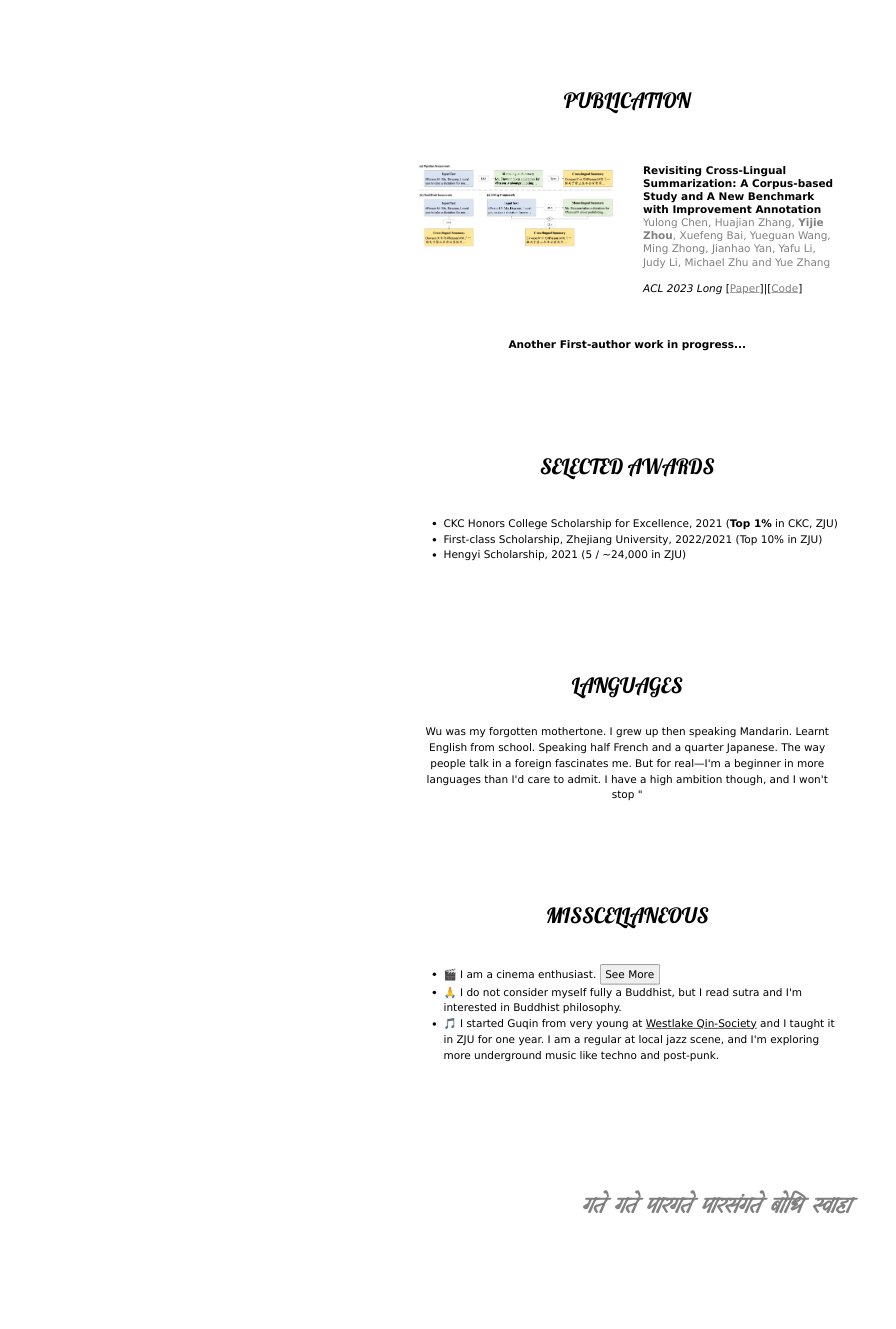
Repository: Ej-zhou/ej-zhou.github.io
Page: index.html
The author's editor kept a copy of each file at every save. The page is drawn from the files as they stood at one save, then again after the next save.
The browser window is 1280 px wide. The pictures show the part of the page from y = 2758 to 4678 px (the page is 4656 px tall before and 4678 px after), at 70% of full size.
Some web fonts or font styles are not loaded; a fallback is used.

Above is the page before, as saved 2023-08-26 16:33:11.

### index.html
<!DOCTYPE html>
<html>
 <head>
  <script async="" src="https://www.googletagmanager.com/gtag/js?id=G-2YDZTJCJC2">
  </script>
  <script>
   window.dataLayer = window.dataLayer || [];
  function gtag(){dataLayer.push(arguments);}
  gtag('js', new Date());

  gtag('config', 'G-2YDZTJCJC2');
  </script>
  <title>
   Zhou, Ej
  </title>
  <meta charset="utf-8"/>
  <meta content="width=device-width, initial-scale=1" name="viewport"/>
  <link href="https://www.w3schools.com/w3css/4/w3.css" rel="stylesheet"/>
  <link href="https://fonts.googleapis.com/css?family=Lobster" rel="stylesheet"/>
  <link href="https://cdnjs.cloudflare.com/ajax/libs/font-awesome/4.7.0/css/font-awesome.min.css" rel="stylesheet"/>
  <link href="https://fonts.googleapis.com/css2?family=Noto+Sans+SC&amp;display=swap" rel="stylesheet"/>
  <link href="gstyles.css" rel="stylesheet"/>

 </head>
 <body>
  <div class="sidebar">

    <div class="img-container-change">
      <img src="pics/photo.jpeg" alt="Image 1">
  </div>



   <!-- <div class="horizontal-bar-left">
    <img alt="here should be a photo" height="200" src="pics/photo.jpeg" width="200"/>
    <img alt="here should be a photo" height="200" src="pics/buddha.png" width="200"/>
    <img alt="here should be a photo" height="200" src="pics/sh.png" width="200"/>
    <img alt="here should be a photo" height="200" src="pics/scaoe.png" width="200"/>
    <img alt="here should be a photo" height="200" src="pics/photo.jpeg" width="200"/>
    <img alt="here should be a photo" height="200" src="pics/buddha.png" width="200"/>
    <img alt="here should be a photo" height="200" src="pics/sh.png" width="200"/>
    <img alt="here should be a photo" height="200" src="pics/scaoe.png" width="200"/>
   </div>
   <div class="horizontal-bar-right">
    <img alt="here should be a photo" height="200" src="pics/yellow.png" width="200"/>
    <img alt="here should be a photo" height="200" src="pics/red.png" width="200"/>
    <img alt="here should be a photo" height="200" src="pics/voila.png" width="200"/>
    <img alt="here should be a photo" height="200" src="pics/girl.png" width="200"/>
    <img alt="here should be a photo" height="200" src="pics/yellow.png" width="200"/>
    <img alt="here should be a photo" height="200" src="pics/red.png" width="200"/>
    <img alt="here should be a photo" height="200" src="pics/voila.png" width="200"/>
    <img alt="here should be a photo" height="200" src="pics/girl.png" width="200"/>
   </div>
   <div class="horizontal-bar-left">
    <img alt="here should be a photo" height="200" src="pics/yaddha.png" width="200"/>
    <img alt="here should be a photo" height="200" src="pics/bureal.png" width="200"/>
    <img alt="here should be a photo" height="200" src="pics/gang.png" width="200"/>
    <img alt="here should be a photo" height="200" src="pics/scaoe.png" width="200"/>
    <img alt="here should be a photo" height="200" src="pics/yaddha.png" width="200"/>
    <img alt="here should be a photo" height="200" src="pics/bureal.png" width="200"/>
    <img alt="here should be a photo" height="200" src="pics/gang.png" width="200"/>
    <img alt="here should be a photo" height="200" src="pics/scaoe.png" width="200"/>

   </div>
   <div class="horizontal-bar-right">
    <img alt="here should be a photo" height="200" src="pics/sh.png" width="200"/>
    <img alt="here should be a photo" height="200" src="pics/scaoe.png" width="200"/>
    <img alt="here should be a photo" height="200" src="pics/photo.jpeg" width="200"/>
    <img alt="here should be a photo" height="200" src="pics/buddha.png" width="200"/>
    <img alt="here should be a photo" height="200" src="pics/sh.png" width="200"/>
    <img alt="here should be a photo" height="200" src="pics/scaoe.png" width="200"/>
    <img alt="here should be a photo" height="200" src="pics/photo.jpeg" width="200"/>
    <img alt="here should be a photo" height="200" src="pics/buddha.png" width="200"/>
   </div>
   <div class="horizontal-bar-left">
    <img alt="here should be a photo" height="200" src="pics/photo.jpeg" width="200"/>
    <img alt="here should be a photo" height="200" src="pics/buddha.png" width="200"/>
    <img alt="here should be a photo" height="200" src="pics/sh.png" width="200"/>
    <img alt="here should be a photo" height="200" src="pics/scaoe.png" width="200"/>
    <img alt="here should be a photo" height="200" src="pics/photo.jpeg" width="200"/>
    <img alt="here should be a photo" height="200" src="pics/buddha.png" width="200"/>
    <img alt="here should be a photo" height="200" src="pics/sh.png" width="200"/>
    <img alt="here should be a photo" height="200" src="pics/scaoe.png" width="200"/> -->
   </div>
  </div>
  <div class="w3-main w3-padding-large" style="margin-left:42%; margin-right: 2%;">
   <span class="w3-button w3-top w3-white w3-xxlarge w3-text-grey w3-hover-text-black" onclick="openNav()" style="width:auto;right:0;">
    <i class="fa fa-bars">
    </i>
   </span>
   <header class="w3-container w3-center" id="home" style="padding:128px 16px">
    <h1 class="w3-jumbo">
     <b>
      <span class="chinese">
       周逸杰
      </span>
     </b>
    </h1>
    <h1 class="w3-jumbo">
     <b>
      ZHOU, EJ
     </b>
     <span class="question-mark">
      ?
     </span>
     <span class="tooltip">
      My given name is
      <i>
       Yijie
      </i>
      , and my family name
      <i>
       Zhou
      </i>
      .
      <br/>
      <i>
       Ej
      </i>
      is my preferred name, and our family name comes first.
     </span>
    </h1>
    <p>
     <!-- Where shall I begin... -->
     <div class="row justify-content-center">
      <!-- Email -->
      <span onclick="window.open('mailto:e.j.zhou@zju.edu.cn')" style="cursor: pointer">
        <i class="fa fa-envelope-o" style="font-size:24px;color:grey"></i>
      </span>
      <span style="padding-left: 10px"></span>

      <!-- Twitter -->
      <!-- <span onclick="window.open('https://twitter.com/ej_2876')" style="cursor: pointer">
        <i class="fa fa-twitter" style="font-size:24px;color:grey"></i>
      </span>
      <span style="padding-left: 20px"></span> -->

      <!-- GitHub -->
      <span onclick="window.open('https://github.com/cyber-e-j')" style="cursor: pointer">
        <i class="fa fa-github" style="font-size:24px;color:grey"></i>
      </span>
      <span style="padding-left: 10px"></span>

      <!-- LinkedIn -->
      <span onclick="window.open('https://www.linkedin.com/in/ej-zhou-1600a7264/')" style="cursor: pointer">
        <i class="fa fa-linkedin" style="font-size:24px;color:grey"></i>
      </span>
      <span style="padding-left: 10px"></span>

      <span onclick="window.open('https://scholar.google.com/citations?authuser=1&amp;user=e8yGb7IAAAAJ')" style="cursor: pointer">
        <i class ="fa fa-graduation-cap" style="font-size:24px;color:grey"></i>
      </span>
      <span style="padding-left: 10px"></span>


      <!-- CV -->
      <span onclick="window.open('./CV.pdf')" style="cursor: pointer">
        <i class ="fa fa-file-text-o" style="font-size:24px;color:grey"></i>
      </span>

    </p>
    <div class="w3-content w3-justify w3-text-grey w3-padding-32" id="about">
     <h2>
      About
     </h2>
     <p>
      Hello! I am a senior undergraduate student at Zhejiang University majoring in Computer Science, and also an honored member of the <a href="http://ckc.zju.edu.cn/ckcen/">Chu Kochen Honors College</a>. During my undergraduate studies, I am very much grateful to be advised by <a href="https://frcchang.github.io">Prof. Yue Zhang</a> during my research intern at Westlake University, and I spent one semester as an exchange student in Cornell University, where I worked as a research assistant in <a href="https://twitter.com/CommCollabTech">CommCollabTech</a>.

      Currently I am doing a research internship in Yale University under the supervision of <a href="https://armancohan.com">Prof. Arman Cohan</a>.

      <br/><br/>
      I am broadly interested in artificial intelligence, linguistics and naturally natural language processing. My previous research experience includes cross-lingual summarization, multi-document summarization, and analysis of LLMs. I am open to explore everything related to AI especially in this time of LLMs. As a pseudo-polyglot, my off time is often spent on learning languages.

      <br/><br/>

      I will be studying in Oxford for my senior year. I am looking forward to meeting new friends and exploring new research opportunities there.
      <br/><br/>

     </p>

     <h3 class="w3-padding-16">
      <br/>
      <br/>
      <br/>
      <br/>
      <h1 class="w3-jumbo">
       <b>
        <div class="chinese-container">
          <span class="chinese">
              须菩提！于意云何？
          </span>
      </div>

      <div class="chinese-container">
        <span class="chinese">
          可以身相见如来不？
        </span>
    </div>
       </b>
      </h1>
      <p>
      </p>
     </h3>
    </div>
    <div class="w3-container w3-padding-64 w3-center">
     <h2>
      EDUCATION
     </h2>
     <table align="center" border="0" cellpadding="20" class="university-table">
      <tbody>
       <tr class="university-row">
        <td>
         <img class="university-logo" src="logo/6d8d432f-56ac-47eb-b22d-a23b103aed01.png"/>
        </td>
        <td>
         <b>
          Zhejiang University
         </b>
         <br/>
         2020 - 2024, Hangzhou, China
         <br/>
         <br/>
         <i>
          B.Eng.(Honours) in Computer Science
         </i>
         <br/>
         Grade: 3.99 / 4
        </td>
       </tr>
       <tr class="university-row">
        <td>
         <img alt="Cornell University Seal" class="university-logo" src="logo/cornell_seal_simple_web/cornell_seal_simple_web_b31b1b.svg">
         </img>
        </td>
        <td>
         <b>
          Cornell University
         </b>
         <br/>
         Jan 2023 - Jun 2023, Ithaca, NY, U.S.A
         <br/>
         <br/>
         <i>
          Exchange Student
         </i>
         <br/>
         Grade: 4.082 / 4.3
         <br/>
        </td>
       </tr>
      </tbody>
     </table>
    </div>

    <div class="w3-container w3-padding-64 w3-center">
      <h2>
       EXPERIENCE
      </h2>
      <table align="center" border="0" cellpadding="20" class="university-table">
       <tbody>
        <tr class="university-row">
         <td>
          <img class="university-logo" src="logo/yale-icons/touch-icon-228.png"/>
         </td>
         <td>
          <b>
           Yale University
          </b>
          <br/>
          Apr 2023 - Oct 2023, New Haven, CT, U.S.A
          <br/>
          <br/>
          <i>
           Research Intern
          </i>
          <br/>
          Yale NLP
         </td>
        </tr>
        <tr class="university-row">
         <td>
          <img alt="Cornell University Seal" class="university-logo" src="logo/cornell_seal_simple_web/cornell_seal_simple_web_b31b1b.svg">
          </img>
         </td>
         <td>
          <b>
           Cornell University
          </b>
          <br/>

          Jan 2023 - Jun 2023, Ithaca, NY, U.S.A
          <br/>
          <br/>
          <i>
           Research Assistant,
          </i>
          <a href="https://twitter.com/CommCollabTech">CommCollabTech Lab</a>
          <br/>

          <i>
            Member,
          </i>
          <a href="https://cornell.campusgroups.com/lep/home/">Cornell Language Expansion Program</a>
         </td>
        </tr>
        <tr class="university-row">
         <td>
          <img class="university-logo" src="https://en.westlake.edu.cn/about/Resources/202101/W020210111665247201170.png"/>
         </td>
         <td>
          <b>
           Westlake University
          </b>
          <br/>
          Sept 2022 - Jan 2023, Hangzhou, China
          <br/>
          <br/>
          <i>
           Research Intern
          </i>
          <br/>
          Westlake NLP
         </td>
        </tr>
        <tr class="university-row">
          <td>
           <img class="university-logo" src="logo/6d8d432f-56ac-47eb-b22d-a23b103aed01.png"/>
          </td>
          <td>
           <b>
            Zhejiang University
           </b>
           <br/>
           2020 - 2024, Hangzhou, China
           <br/>
           <br/>
           <br/>
          </td>
         </tr>
       </tbody>
      </table>
     </div>
    <div class="w3-container w3-padding-64 w3-center">
     <h2>
      PUBLICATION
     </h2>
     <br/>
     <table width="100%">
      <!--TIVEE-->

      <!-- Empty row for spacing -->
      <tr>
        <td height="30"></td>
      </tr>
      <tr>
        <td width="30%" valign="top" style="text-align: left; padding-right: 20px;">
          <img src="./pics/pipeline.png" width="280" alt="LGM" style="border-style: none; vertical-align: top;">
        </td>
        <td width="70%" valign="top" style="text-align: left; padding-left: 20px;">
          <p style="margin-top: 0px; margin-bottom: 3px; line-height: 1.25;">
            <b>Revisiting Cross-Lingual Summarization: A Corpus-based Study and A New Benchmark with Improvement Annotation</b>
            <br>
            <a style="color:gray">
            Yulong Chen, Huajian Zhang, <b>Yijie Zhou</b>, Xuefeng Bai, Yueguan Wang, Ming Zhong, Jianhao Yan, Yafu Li, Judy Li, Michael Zhu and Yue Zhang<br></a>
            <br/>
            <i>ACL 2023 Long </i>
            [<a href="https://arxiv.org/abs/2307.04018" style="color: gray;">Paper</a>]|[<a href="https://github.com/cylnlp/ConvSumX" style="color: gray;">Code</a>]&nbsp;
          </p>
        </td>
      </tr>
      <tr>
        <td height="50"></td>
      </tr>

    <!-- <tbody style="margin-top: 100px;"> -->
      <tr>
        <td colspan="2" style="text-align: center;">
          <b>Another First-author work in progress...</b>
        </td>
      </tr>
    <!-- </tbody> -->

    </table>



    </div>


<!--

    <div class="w3-container w3-padding-64 w3-center">
     <h2>
      SELECTED COURSE-WORKS
     </h2>
     <p>
      Parallel Computing and Neural Networks
     </p>
     <p>
      Jul 2021 - Aug 2021
     </p>
     <p>
      Coursework for Integrate Practice for Courses I: Supercomputing; score 97/100
     </p>
     <p>
      Enhanced GEMM performance by over 100x using OpenMP and MPI on a computing cluster.
     </p>
     <p>
      Developed a CNN from scratch using PyTorch for handwriting recognition and object recognition.
     </p>
     <p>
      Mini-SQL GitHub
     </p>
     <p>
      May 2022 - Jun 2022
     </p>
     <p>
      Coursework for Database System; score 98/100
     </p>
     <p>
      Developed a compact single-user SQL engine (DBMS) supporting fundamental database operations and implemented an index-manager for record handling using a custom-designed B+-tree data structure.
     </p>
     <p>
      Socket and Web-server
     </p>
     <p>
      Oct 2022 - Dec 2022
     </p>
     <p>
      Coursework for Computer Network; score 96/100
     </p>
     <p>
      Developed a custom TCP-based communication protocol.
     </p>
     <p>
      Constructed a lightweight web server capable of parsing HTTP protocol and accepting browser access without relying on any pre-built libraries.
     </p>
    </div>

    <div class="w3-container w3-padding-64 w3-center">
     <h2>
      LANGUAGES
     </h2>
     <p>
      Mandarin: Native mastery
     </p>
     <p>
      Wu-Chinese: Native in oral speech
     </p>
     <p>
      English: Proficient, TOEFL 110/120
     </p>
     <p>
      French: Fluent, TFU 84/100
     </p>
     <p>
      <span class="japanese">
       日本語: Intermediate reading-comprehension, basic conversation
      </span>
     </p>
     <p>
      Beginner level in Cantonese and Spanish
     </p>
    </div>

  -->


    <div class="w3-container w3-padding-64 w3-center">

        <h2>SELECTED AWARDS</h2>
        <br/>
        <ul style="text-align: left;">
          <li>CKC Honors College Scholarship for Excellence, 2021 (<b>Top 1%</b> in CKC, ZJU)</li>
          <li>First-class Scholarship, Zhejiang University, 2022/2021 (Top 10% in ZJU)</li>
          <li>Hengyi Scholarship, 2021 (5 / ~24,000 in ZJU)</li>
        </ul>
      </div>


    <div class="w3-container w3-padding-64 w3-center">

      <h2>LANGUAGES</h2>
      <br/>

      Wu was my forgotten mothertone. I grew up then speaking Mandarin. Learnt English from school.
      Speaking half French and a quarter Japanese. The way people talk in a foreign fascinates me.
      But for real—I'm a beginner in more languages than I'd care to admit. I have a high ambition though, and I won't stop "
      <!-- <ul style="text-align: left;">
        <li>CKC Honors College Scholarship for Excellence, 2021 (<b>Top 1%</b> in CKC, ZJU)</li>
        <li>First-class Scholarship, Zhejiang University, 2022/2021 (Top 10% in ZJU)</li>
        <li>Hengyi Scholarship, 2021 (5 / ~24,000 in ZJU)</li>
      </ul> -->
    </div>


      <div class="w3-container w3-padding-64 w3-center">
        <h2>
         MISSCELLANEOUS
        </h2>
        <br/>

        <ul style="text-align: left;">
          <li>🎬 I am a cinema enthusiast.
            <button id="revealButton">See More</button>
            <div id="hiddenContent" style="display: none;">
              <br/>
              <div style="display: flex;">
                <!-- Image -->
                <img id="hiddenImage" src="pics/IMG_4754.JPG" alt="Description" style="height: 200px; padding-left: 25px;">

                <!-- Description -->
                <div style="padding-left: 20px; padding-right: 80px;">
                  <ul style="min-height: 150px; display: flex; flex-direction: column; justify-content: space-between;">
                    <li style="padding-bottom: 15px;"> This May I was in the <a href="https://www.festival-cannes.com">76E FESTIVAL DE CANNES</a>. Really enjoyed <i style="color: grey;">Il sol dell'avvenire</i>, <i style="color: grey;">The Zone of Interest</i> and <i style="color: grey;">青春</i>.</li>
                    <li style="padding-bottom: 15px;"> I had participated in the production of some student films.</li>
                    <li> The most influential movie to me was <i style="color: grey;">Holy Motors</i> by Leos Carax.</li>
                  </ul>
                </div>
              </div>


              <br/>

            </div>
          </li>




          <li>🙏 I do not consider myself fully a Buddhist, but I read sutra and I'm interested in Buddhist philosophy.

          <li>🎵 I started Guqin from very young at <a href="http://www.xihuqinshe.com" target="_blank">Westlake Qin-Society</a>
            and I taught it in ZJU for one year. I am a regular at local jazz scene, and I'm exploring more underground music like techno and post-punk.
        </ul>
       </div>


    <br/>
    <br/>
    <br/>
    <br/>
    <b>
     <span class="sanskrit">
      गते गते पारगते पारसंगते बोधि स्वाहा
      <br/>
     </span>
    </b>
    <!-- <footer class="w3-container w3-padding-64 w3-light-grey w3-center w3-opacity w3-xlarge" style="padding: 100px; background-color: lightgrey;">
     <a href="https://twitter.com/ej_2876" target="_blank">
      <i class="fa fa-twitter w3-hover-opacity">
      </i>
     </a>
     <a href="https://github.com/cyber-e-j" target="_blank">
      <i class="fa fa-github w3-hover-opacity">
      </i>
     </a>
     <a href="https://www.linkedin.com/in/ej-zhou-1600a7264/" target="_blank">
      <i class="fa fa-linkedin w3-hover-opacity">
      </i>
     </a>
     <a href="https://scholar.google.com/citations?authuser=1&amp;user=e8yGb7IAAAAJ" target="_blank">
      <img alt="google-scholar" class="w3-hover-opacity" height="24" src="https://img.icons8.com/material-two-tone/384/google-scholar.png" width="24"/>
     </a>
     <p class="w3-small" style="margin: 0;">
     </p>
    </footer> -->
   </header>
  </div>
 </body>
</html>
<script>
 const questionMark = document.querySelector('.question-mark');
    const tooltip = document.querySelector('.tooltip');

    questionMark.addEventListener('mouseover', () => {
      tooltip.style.display = 'inline-block';
    });

    questionMark.addEventListener('mouseout', () => {
      tooltip.style.display = 'none';
    });

    // Optional: If you want to hide the tooltip when the mouse moves away from it, add the following code
    tooltip.addEventListener('mouseout', () => {
      tooltip.style.display = 'none';
    });

    document.getElementById("revealButton").addEventListener("click", function() {
    const hiddenContent = document.getElementById("hiddenContent");
    const button = document.getElementById("revealButton");

    if (hiddenContent.style.display === "none") {
      hiddenContent.style.display = "block";
      button.innerHTML = "Hide";
    } else {
      hiddenContent.style.display = "none";
      button.innerHTML = "See More";
    }
  });


    const imgContainer = document.querySelector(".img-container-change");
        const images = ["pics/photo.jpeg","pics/dark.png", "pics/syn.png" , "pics/stone.png","pics/night.png", "pics/girl.png", "pics/voila.png",
            "pics/red.png", "pics/yellow.png", "pics/buddha.png", "pics/sh.png", "pics/scaoe.png", "pics/yaddha.png", "pics/bureal.png", "pics/gang.png"

      ]; // Add more image URLs as needed
        let currentIndex = 0;

        function changeImage() {
            currentIndex = (currentIndex + 1) % images.length;
            imgContainer.querySelector("img").src = images[currentIndex];
            // imgContainer.querySelector("img").style.transform = "scale(1.2)"; // Optional animation effect
            // setTimeout(() => {
            //     imgContainer.querySelector("img").style.transform = "scale(1)";
            // }, 500); // Animation duration (in milliseconds)
        }

        setInterval(changeImage, 3000); // Change image every 3 seconds (adjust as needed)
</script>

Loaded but not shown: gstyles.css (221 lines, source omitted)

After the next save:
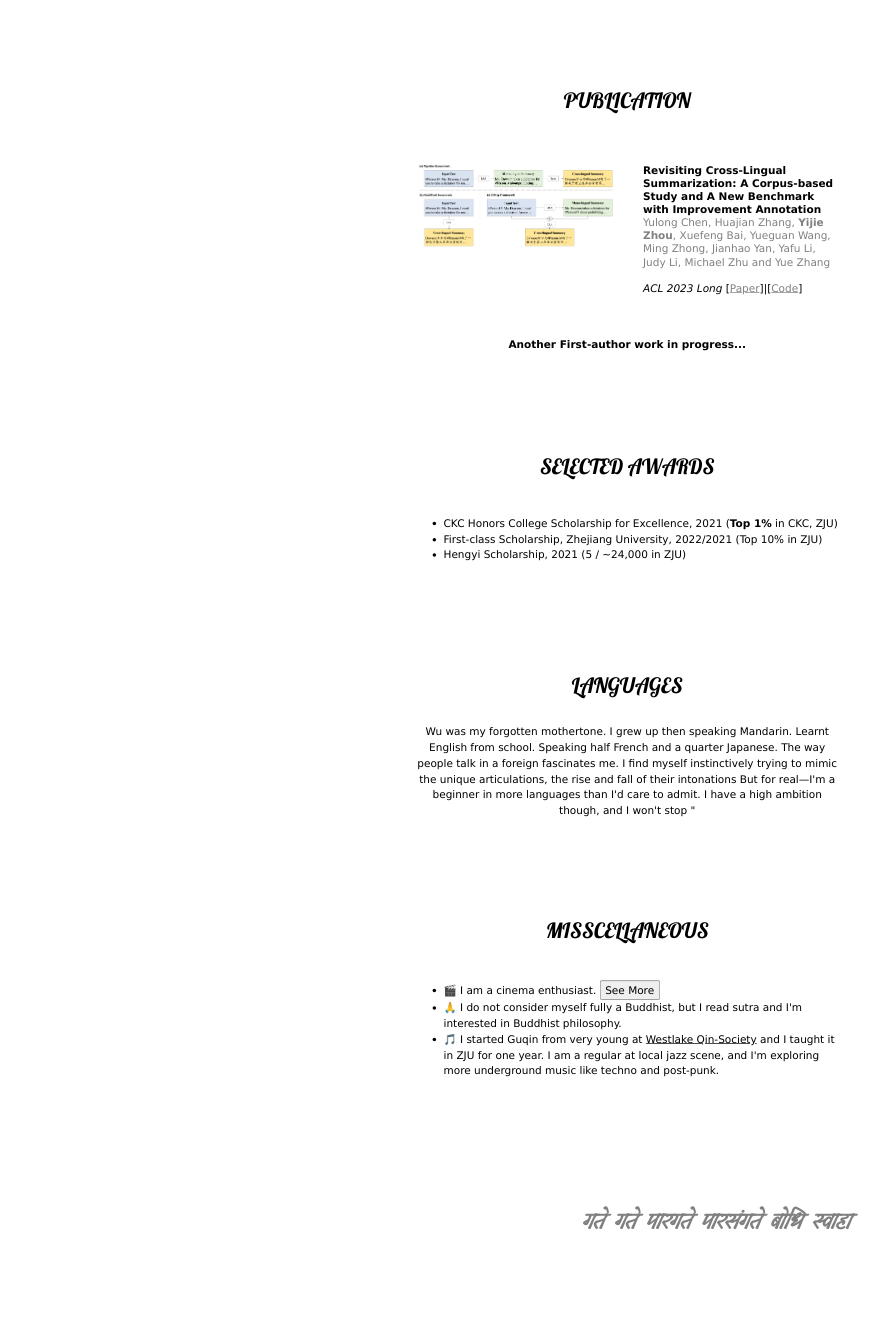
Saved 13 s later.
--- a/index.html
+++ b/index.html
@@ -484,7 +484,7 @@
       <br/>
 
       Wu was my forgotten mothertone. I grew up then speaking Mandarin. Learnt English from school.
-      Speaking half French and a quarter Japanese. The way people talk in a foreign fascinates me.
+      Speaking half French and a quarter Japanese. The way people talk in a foreign fascinates me.  I find myself instinctively trying to mimic the unique articulations, the rise and fall of their intonations
       But for real—I'm a beginner in more languages than I'd care to admit. I have a high ambition though, and I won't stop "
       <!-- <ul style="text-align: left;">
         <li>CKC Honors College Scholarship for Excellence, 2021 (<b>Top 1%</b> in CKC, ZJU)</li>
